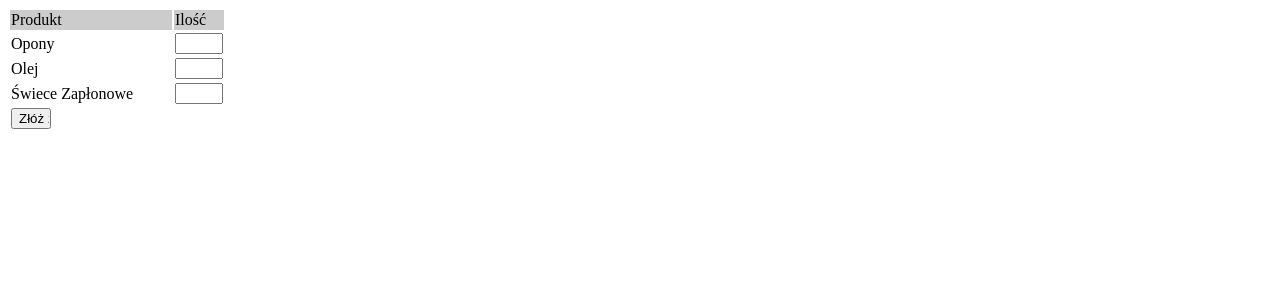
Repository: gabr/workspace
Page: php 001 - formularz/formularz.html
An editor plug-in stored every save of this project. The page is shown before and after the next save, followed by the edit.
The browser window is 1280 px wide. The pictures show the whole page.

Above is the page before, as saved 2013-02-22 21:43:48.

After the next save:
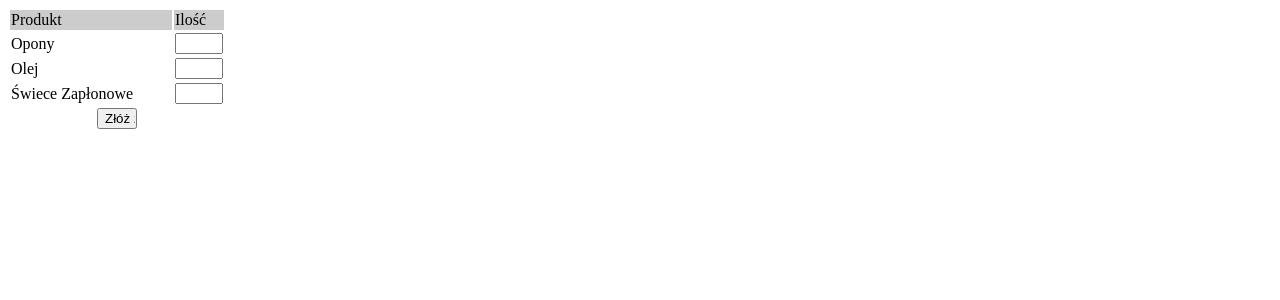
Saved 36 s later.
--- a/php 001 - formularz/formularz.html
+++ b/php 001 - formularz/formularz.html
@@ -23,8 +23,8 @@
 			<td>Świece Zapłonowe</td>
 			<td><input type="text" name="iloscswiec" maxlength="3" /></td>
 		</tr>
-		<tr class="zatwierdz">
-			<td colspan="2">
+		<tr>
+			<td colspan="2" align="center">
 				<input type="submit" value="Złóż zamówienie" />
 			</td>
 		</tr>
